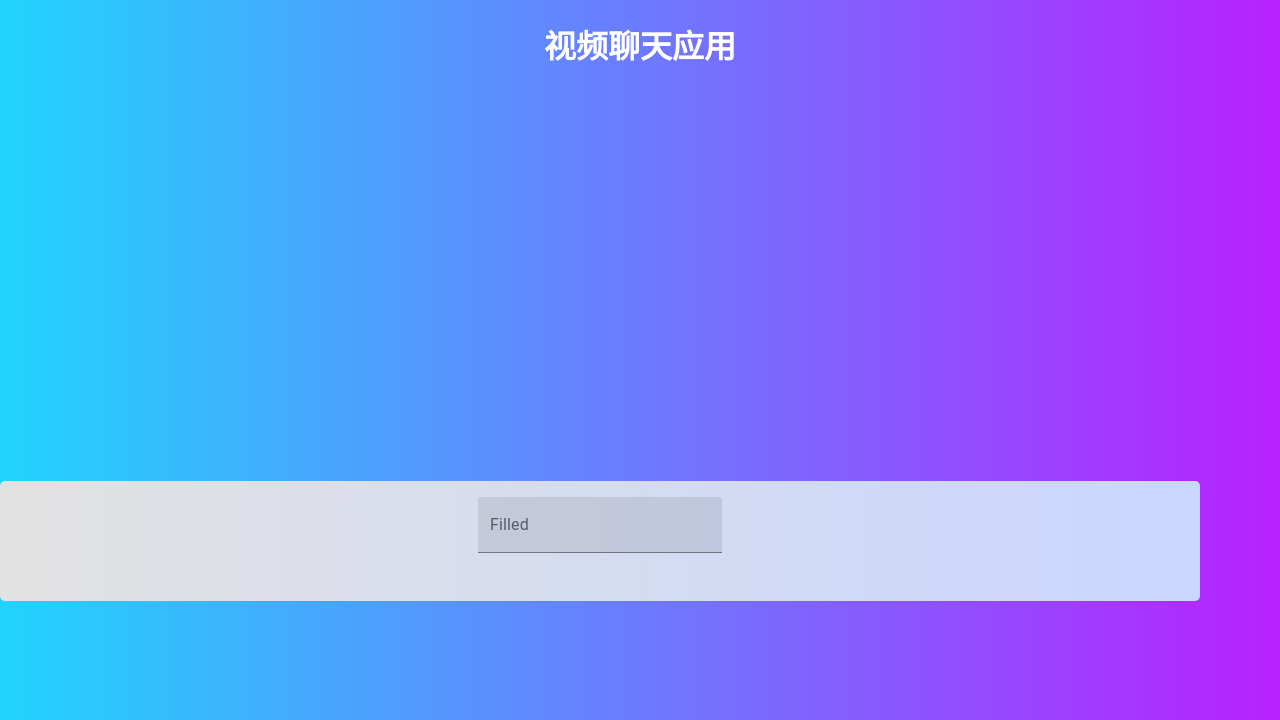
Repository: CodeFreedom-A/webRtc
Page: /
The author's editor kept a copy of each file at every save. The page is drawn from the files as they stood at one save, then again after the next save.
The browser window is 1280 px wide. The pictures show the whole page.
The page's requests for data from a server got no answer. The project was rebuilt for these pictures with package versions that can differ from the ones it lists, and the page was loaded fresh each time. No one was signed in, and anything a server would have sent is missing.

Above is the page before, as saved 2022-12-21 17:13:08.

After the next save:
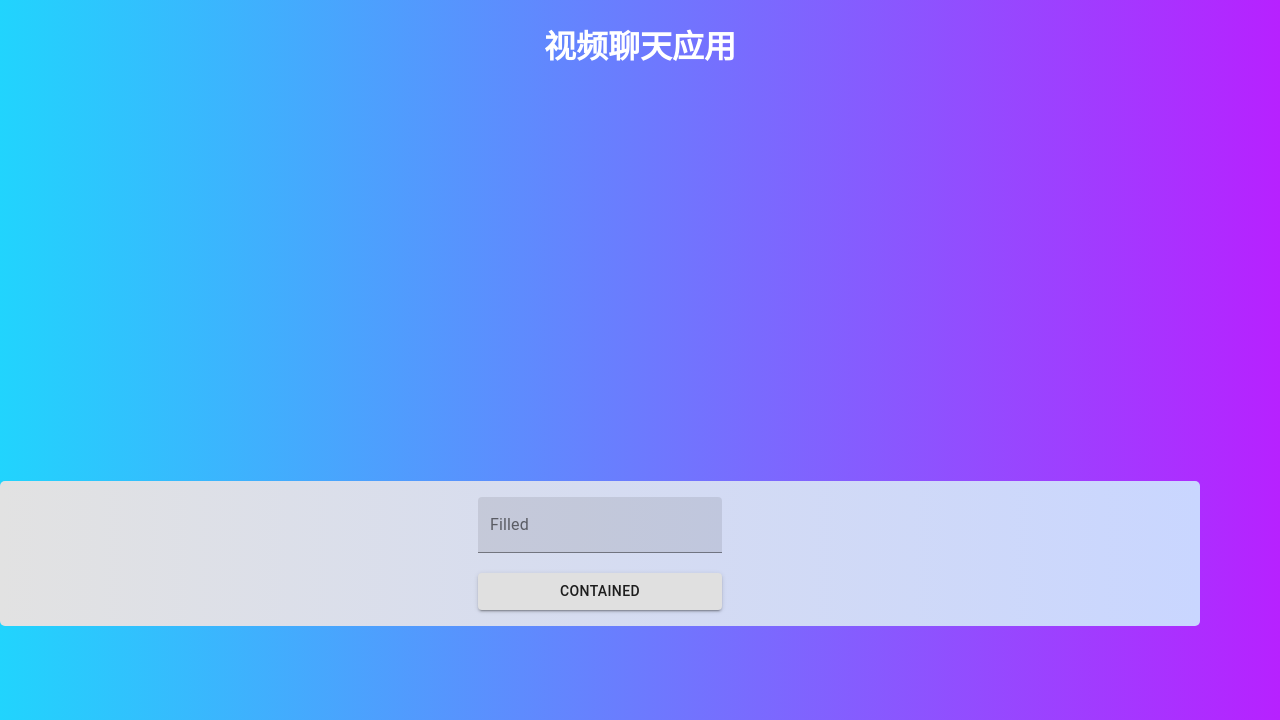
Saved 19 s later.
--- a/src/App.js
+++ b/src/App.js
@@ -63,7 +63,7 @@ function App() {
           onChange={(e) => setName(e.target.value)}
         />
         <CopyToClipboard>
-          <Button></Button>
+          <Button variant="contained">Contained</Button>
         </CopyToClipboard>
       </div>
     </>
